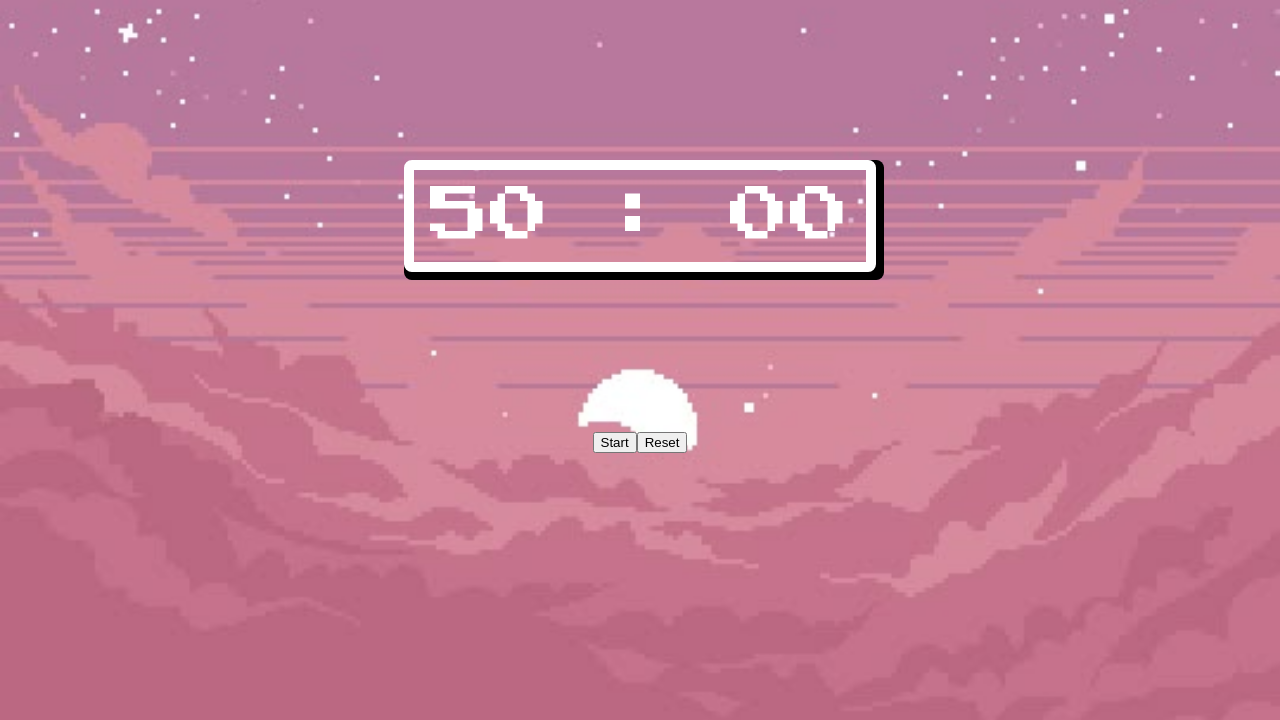
Repository: niharikapatil2306/Study-Timer
Page: index.html
These files come from the project's save history. The page is drawn as it stood at one moment and after the next save; the edit follows.
The browser window is 1280 px wide. The pictures show the whole page.

Above is the page before, as saved 2025-02-15 15:40:00.

### index.html
<!DOCTYPE html>
<html lang="en">
<head>
    <meta charset="UTF-8">
    <meta name="viewport" content="width=device-width, initial-scale=1.0">
    <title>Study Timer</title>
    <link href="https://fonts.googleapis.com/css2?family=Press+Start+2P&display=swap" rel="stylesheet">
    <link rel="stylesheet" href="style.css" />
</head>
<body style="background-color: black;">
    <div class="container">
        <div class="timer">
            <div class="box">
                <span id="min">
                    50
                </span>
                :
                <span id="sec">
                    00
                </span>
            </div>
        </div>
        <div class="button_container">
            <button id="start">
                Start
            </button>
            <button id="reset">
                Reset
            </button>
        </div>
    </div>
    <script src="./clock.js"></script>
</body>
</html>

### style.css
body {
    margin: 0;
    padding: 0;
    background: url("./img/bg.jpeg") no-repeat center center fixed;
    background-size: cover;
}

.container{
    height: 100vh;
}

.box{
    border: 10px solid white;
    border-radius: 8px;
    padding: 16px;
    box-shadow:
    0px 0px black, 2px 0px black, 4px 0px black, 6px 0px black, 8px 0px black, /* Top border */
    0px 2px black, 8px 2px black,
    0px 4px black, 8px 4px black,
    0px 6px black, 8px 6px black,
    0px 8px black, 2px 8px black, 4px 8px black, 6px 8px black, 8px 8px black;;
}

.timer{
    font-family: 'Press Start 2P', monospace;
    height: 60vh;
    font-size: 60px;
    font-weight: 400;
    color: white;
    display: flex;
    align-items: center;
    justify-content: center;
}

.button_container{
    display: flex;
    align-items: center;
    justify-content: center;
}

/* .timer {

    font-size: 50px;
    color: ivory;
    text-rendering: optimizeSpeed;
}

.box{
    width: max-content ;
    border: 1px solid white;
}

span{
    padding: 4px;
    margin: 8px;
}

.container{
    text-align: center;
    width: 100vw;
    height: 100vh;
    display: flex;
    position: relative; */
    /* flex-direction: column;
    justify-content: center;

} */

### clock.js
let timer;
let timeLeft = 50*60 // 50 minutes
const min = document.getElementById("min");
const sec = document.getElementById("sec");
const startBtn = document.getElementById("start");
const resetBtn = document.getElementById("reset");

function updateDisplay(){
    let minutes = Math.floor(timeLeft/60);
    let seconds = timeLeft%60;
    min.textContent = minutes.toString().padStart(2, "0");
    sec.textContent = seconds.toString().padStart(2, "0");
}

startBtn.addEventListener("click", () => {
    if(!timer){
        timer = setInterval(() => {
            if(timeLeft>0){
                timeLeft--;
                updateDisplay();
            }
            else{
                clearInterval(timer);
                timer = null;
                alert("Take a break!!")
            }
        }, 1000);
    }
});

resetBtn.addEventListener("click", () => {
    clearInterval(timer);
    timer = null;
    timeLeft = 50*60;
    updateDisplay();
});

After the next save:
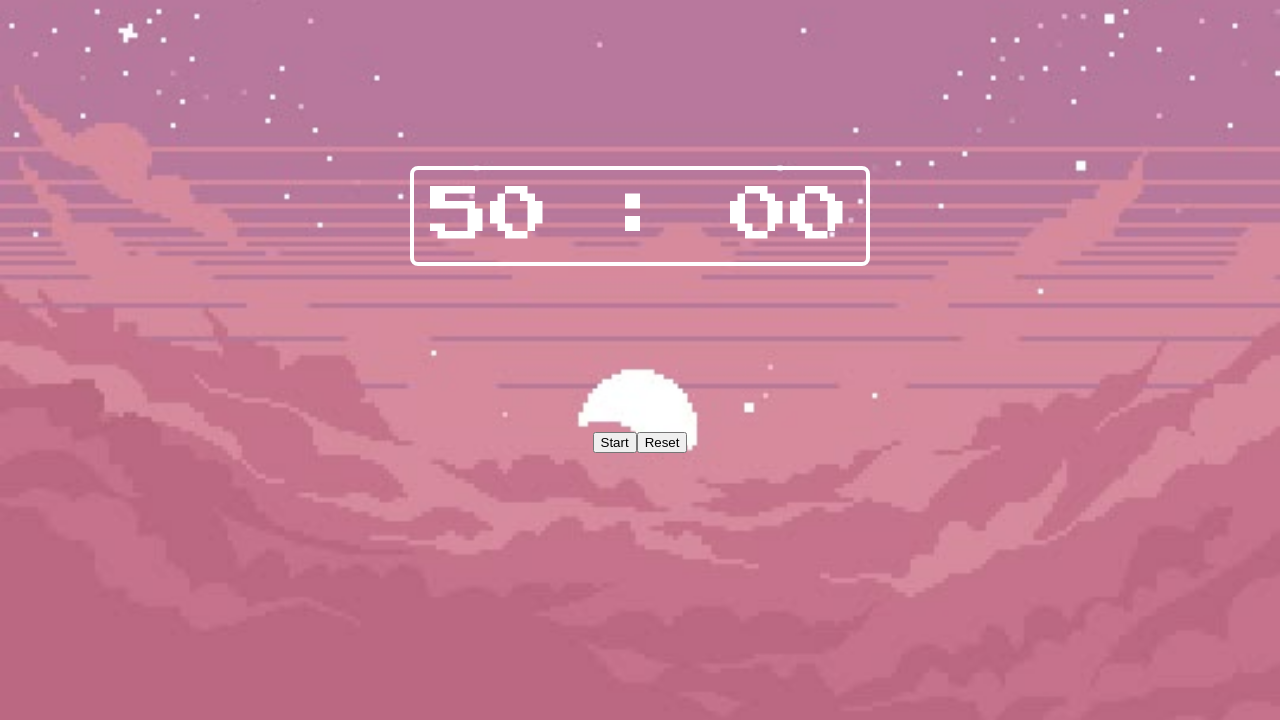
Saved 18 s later.
--- a/style.css
+++ b/style.css
@@ -10,15 +10,10 @@ body {
 }
 
 .box{
-    border: 10px solid white;
+    border: 4px solid white;
     border-radius: 8px;
     padding: 16px;
     box-shadow:
-    0px 0px black, 2px 0px black, 4px 0px black, 6px 0px black, 8px 0px black, /* Top border */
-    0px 2px black, 8px 2px black,
-    0px 4px black, 8px 4px black,
-    0px 6px black, 8px 6px black,
-    0px 8px black, 2px 8px black, 4px 8px black, 6px 8px black, 8px 8px black;;
 }
 
 .timer{
